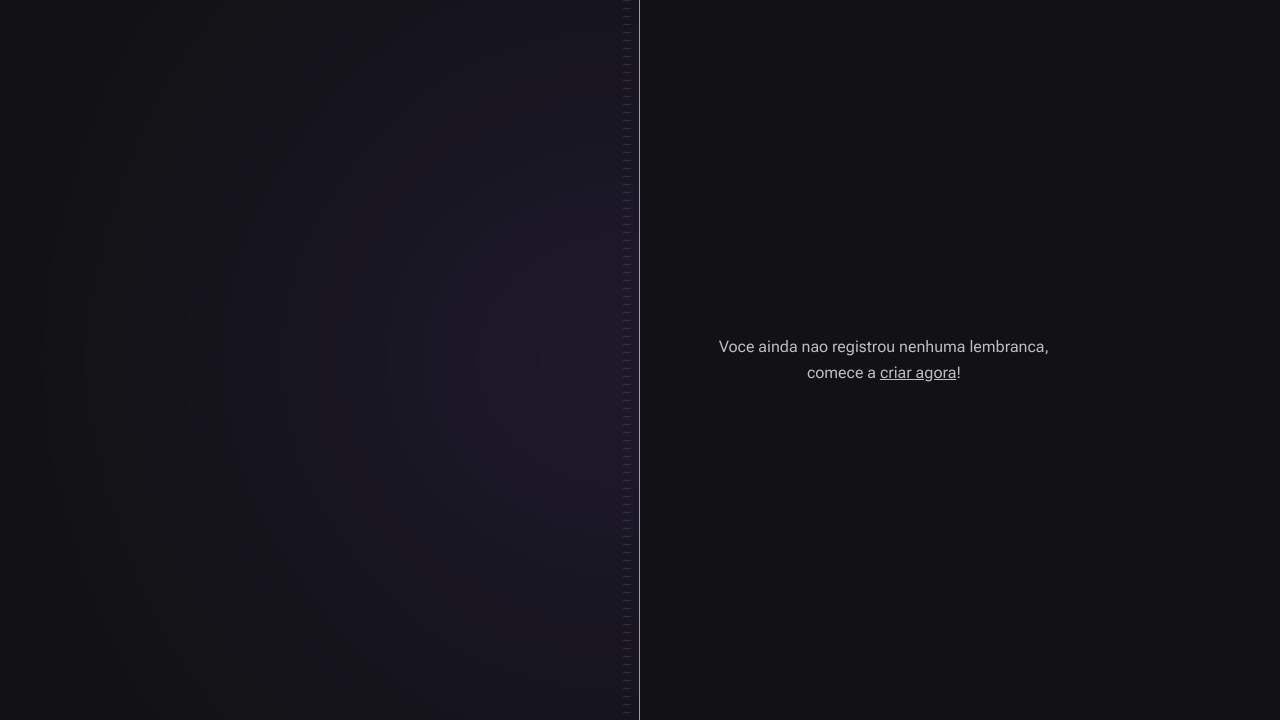
Repository: viniimartins/NLWSpacetime
Page: /
The author's editor kept a copy of each file at every save. The page is drawn from the files as they stood at one save, then again after the next save.
The browser window is 1280 px wide. The pictures show the whole page.
Some web fonts or font styles are not loaded; a fallback is used. The project was rebuilt for these pictures with package versions that can differ from the ones it lists, and the page was loaded fresh each time. The framework's server and built-in components were replaced by stand-ins that run in the browser. Also part of the build but not shown: next.config.js.

Above is the page before, as saved 2023-05-17 16:13:14.

### src/app/layout.tsx
import React from "react";
import "./globals.css";
import {
  Roboto_Flex as Roboto,
  Bai_Jamjuree as BaiJamjuree,
} from "next/font/google";

const roboto = Roboto({ subsets: ["latin"], variable: "--font-roboto" });
const baiJamjuree = BaiJamjuree({
  subsets: ["latin"],
  weight: "700",
  variable: "--font-bai-Jamjuree",
});

export const metadata = {
  title: "NLW Spacetime",
  description:
    "Uma cápsula do tempo contruido com REact, Next.js, TailwindCSS e TypeScript",
};

export default function RootLayout({
  children,
}: {
  children: React.ReactNode;
}) {
  return (
    <html lang="en">
      <body
        className={`${roboto.variable}  ${baiJamjuree.variable} bg-gray-900 font-sans text-gray-100`}
      >
        {children}
      </body>
    </html>
  );
}

### src/app/page.tsx
export default function Home() {
  return (
    <main className="grid min-h-screen grid-cols-2">
      <div className="border-white/10 bg-cover relative flex flex-col items-start justify-between overflow-hidden border-r px-28 py-16">
        <div className="absolute right-0 top-1/2 h-[288px] w-[526px] -translate-y-1/2 translate-x-1/2 rounded-full bg-purple-700 opacity-50 blur-full" />

        <div className="absolute bottom-0 right-2 top-0 w-2 bg-stripes" />
      </div>

      <div className="flex flex-col p-16">
        <div className="justift-center flex flex-1 items-center">
          <p className="w-[360px] text-center leading-relaxed">
            Voce ainda nao registrou nenhuma lembranca, comece a{" "}
            <a href="" className="underline hover:text-gray-50">
              criar agora
            </a>
            !
          </p>
        </div>
      </div>
    </main>
  );
}

### tailwind.config.js
/** @type {import('tailwindcss').Config} */
module.exports = {
  content: [
    './src/pages/**/*.{js,ts,jsx,tsx,mdx}',
    './src/components/**/*.{js,ts,jsx,tsx,mdx}',
    './src/app/**/*.{js,ts,jsx,tsx,mdx}',
  ],
  theme: {
    extend: {
      fontFamily: {
        sans: 'var(--font-roboto)',
        alt: 'var(--font-bai-jamjuree)'
      }
    },


    colors: {
      gray: {
        50: '#eaeaea',
        100: '#bebebf',
        200: '#9e9ea0',
        300: '#727275',
        400: '#56565a',
        500: '#2c2c31',
        600: '#28282d',
        700: '#1f1f23',
        800: '#18181b',
        900: '#121215',
      },
      purple: {
        50: '#f3eefc',
        100: '#d8cbf7',
        200: '#c6b2f3',
        300: '#ab8eee',
        400: '#9b79ea',
        500: '#8257e5',
        600: '#764fd0',
        700: '#5c3ea3',
        800: '#48307e',
        900: '#372560',
      },
      green: {
        50: '#e6fbef',
        100: '#b1f1ce',
        200: '#8cebb6',
        300: '#57e295',
        400: '#36dc81',
        500: '#04d361',
        600: '#04c058',
        700: '#039645',
        800: '#027435',
        900: '#025929',
      },
    },


    backgroundImage: {
      stripes: 'linear-gradient(to bottom, rgba(255, 255, 255, 0.1), rgba(255, 255, 255, 0.1) 12.5%, transparent 12.5%, transparent)',
    },

    backgroundSize: {
      stripes: '100% 8px',
    },

    blur: {
      full: '194px'
    }
  },
  plugins: [],
}

Loaded but not shown: src/app/globals.css (common file)

After the next save:
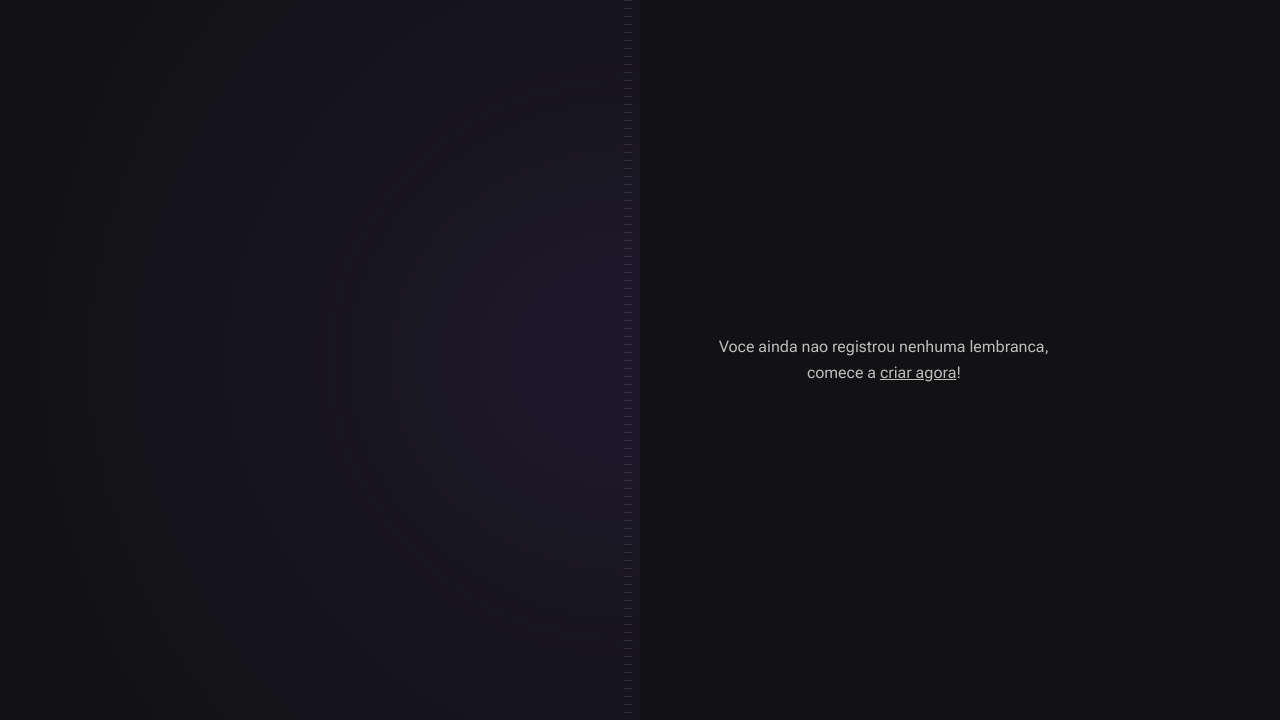
Saved 5 s later.
--- a/src/app/page.tsx
+++ b/src/app/page.tsx
@@ -1,7 +1,7 @@
 export default function Home() {
   return (
     <main className="grid min-h-screen grid-cols-2">
-      <div className="border-white/10 bg-cover relative flex flex-col items-start justify-between overflow-hidden border-r px-28 py-16">
+      <div className="border-white/10 bg-cover relative flex flex-col items-start justify-between overflow-hidden  px-28 py-16">
         <div className="absolute right-0 top-1/2 h-[288px] w-[526px] -translate-y-1/2 translate-x-1/2 rounded-full bg-purple-700 opacity-50 blur-full" />
 
         <div className="absolute bottom-0 right-2 top-0 w-2 bg-stripes" />

After the save that followed:
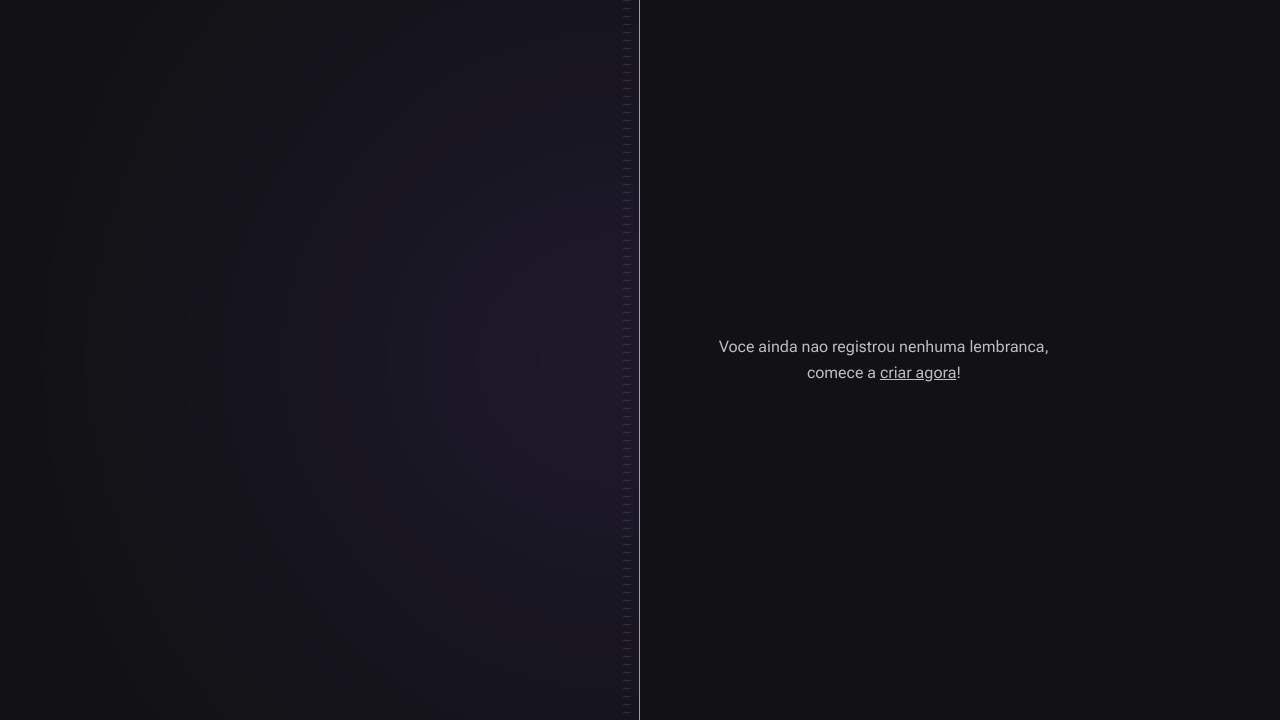
Saved 4 s later.
--- a/src/app/page.tsx
+++ b/src/app/page.tsx
@@ -1,7 +1,7 @@
 export default function Home() {
   return (
     <main className="grid min-h-screen grid-cols-2">
-      <div className="border-white/10 bg-cover relative flex flex-col items-start justify-between overflow-hidden  px-28 py-16">
+      <div className="border-white/10 bg-cover relative flex flex-col items-start justify-between overflow-hidden border-r px-28 py-16">
         <div className="absolute right-0 top-1/2 h-[288px] w-[526px] -translate-y-1/2 translate-x-1/2 rounded-full bg-purple-700 opacity-50 blur-full" />
 
         <div className="absolute bottom-0 right-2 top-0 w-2 bg-stripes" />
